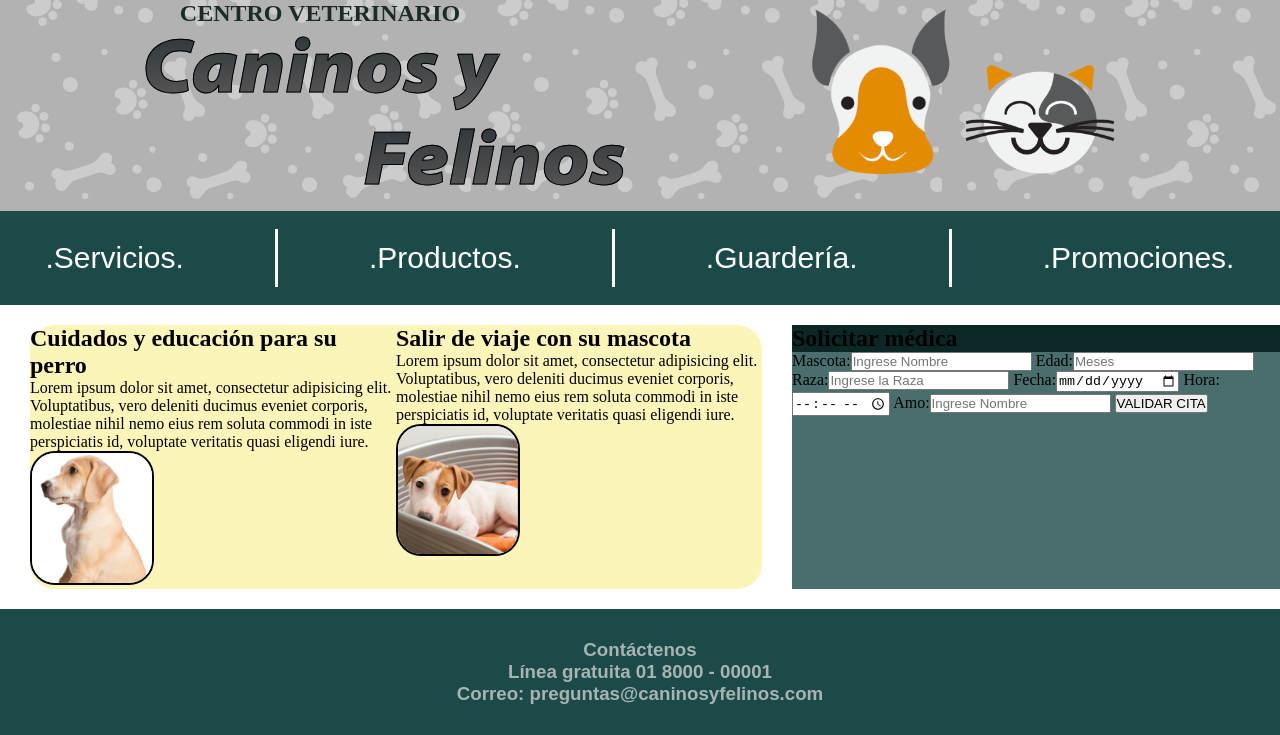
Repository: mariomr87/senaweb01
Page: principal.html
These files come from the project's save history. The page is drawn as it stood at one moment and after the next save; the edit follows.
The browser window is 1280 px wide. The pictures show the whole page.

Above is the page before, as saved 2021-10-23 10:12:29.

### principal.html
<!DOCTYPE html>
<html lang="en">
<head>
    <meta charset="UTF-8">
    <meta http-equiv="X-UA-Compatible" content="IE=edge">
    <meta name="viewport" content="width=device-width, initial-scale=1.0">
    <link rel="stylesheet" href="estilos.css">
    <title>Document</title>
</head>
<body>
    <div>
        <header>
            <div id="cabecera">
                <div class="header-text">
                    <h3>CENTRO VETERINARIO</h3>
                    <h1><span id="header-text-degrad">Caninos y <br><span id="text-felinos">Felinos</span></spa></h1>
                </div>
                <div class="header-img">
                    <img src="./imagenes/dog_white.png" alt="">
                    <img src="./imagenes/cat_white.png" alt="">
                </div>
            </div>
        </header>
        <nav>
            <td>
                <tr><a href="">.Servicios.</a><span class="linea"></span></tr>
                <tr><a href="">.Productos.</a><span class="linea"></span></tr>
                <tr><a href="">.Guardería.</a><span class="linea"></span></tr>
                <tr><a href="">.Promociones.</a></tr>
            </td>
        </nav>
        <div class="centro-pag">
            <section>
                <article>
                    <h2>Cuidados y educación para su perro</h2>
                    <div class="centropag-texto">
                        <p>Lorem ipsum dolor sit amet, consectetur adipisicing elit. Voluptatibus, vero deleniti ducimus eveniet corporis, molestiae nihil nemo eius rem soluta commodi in iste perspiciatis id, voluptate veritatis quasi eligendi iure.</p>
                        <div><img src="./imagenes/perro1.png" alt=""></div>
                    </div>
                </article>
                <article>
                    <h2>Salir de viaje con su mascota</h2>
                    <div class="centropag-texto">
                        <p>Lorem ipsum dolor sit amet, consectetur adipisicing elit. Voluptatibus, vero deleniti ducimus eveniet corporis, molestiae nihil nemo eius rem soluta commodi in iste perspiciatis id, voluptate veritatis quasi eligendi iure.</p>
                        <div><img src="./imagenes/perro2.png" alt=""></div>
                    </div>
                </article>
            </section>
            <aside>
                <form action="">
                    <div><h2>Solicitar médica</h2></div>
                    <div class="cuestionario">
                        <label for="mascota_name">Mascota:</label><input type="text" placeholder="Ingrese Nombre" id="">
                        <label for="age_pet">Edad:</label><input type="number" name="" id="" placeholder="Meses">
                        <label for="raza_pet">Raza:</label><input type="text" name="" id="" placeholder="Ingrese la Raza">
                        <label for="fecha_ingreso_pet">Fecha:</label><input type="date" name="" id="">
                        <label for="hora_ingreso_pet">Hora:</label><input type="time" name="" id="">
                        <label for="amo_pet">Amo:</label><input type="text" name="" id="" placeholder="Ingrese Nombre">
                        <button type="submit">VALIDAR CITA</button>
                    </div>
                </form>
            </aside>
        </div>
        <footer>
            <h3>Contáctenos</h3>
            <h3>Línea gratuita 01 8000 - 00001</h3>
            <h3>Correo: preguntas@caninosyfelinos.com</h3>
        </footer>
    </div>
</body>
</html>

### estilos.css
*{
    margin: 0px;
    padding: 0px;
}

@font-face {
    font-family: Myriad_Pro ;
    src: url(./extra/MyriadProBlackSemiExtendedItalic.otf);
}

h1{
    font-family: Myriad_pro;
}

header div img{
    width: 10em;
}

#cabecera{
    background-image: url("./imagenes/fondo.png");
    background-repeat: initial;
    width: 100%;
    display: flex;
    text-align: center;
}

.header-text,.header-img{
    width:50%;
}

.header-text h3{
    font-size: 1.5em;
    color:#1c2c24;
}

.header-text h1{
    font-size: 4.8em;
}

#header-text-degrad{
    background: linear-gradient(#30373b,#5c5c5c);
    -webkit-background-clip: text;
    -webkit-text-fill-color: transparent;
    -webkit-text-stroke: 1px black;
}

#text-felinos{
    margin-left: 350px;
}

nav{
    display: flex;
    flex-direction: row;
    justify-content: space-around;
    background: #1c4a48;
    margin-bottom: 20px;
}

nav a{
    color: #fff;
    text-decoration: none;
    font-size: 30px;
    font-family: Arial, Helvetica, sans-serif;
    padding: 30px 0;

}

.linea{
    border-right: 3px solid #fff;
    margin: 18px 0;
}

.centro-pag{
    display: flex;

}

.centro-pag section{
    border-radius: 25px;
    display: flex;
}

section{
    background: #fbf5ba;
    width: 60%;
    margin: 0 30px;
}

article div img {
    width: 120px;
    border: 2px solid black;
    border-radius: 25px;
}

form  div h2{
    background:#0b2826 ;
}

aside{
    background: #496e6d;
    width: 40%;
}

footer{
    text-align: center;
    background: #1c4a48;
    color: #a8b4b3;
    padding: 30px 0;
    font-family: Arial, Helvetica, sans-serif;
    margin-top: 20px;
}

After the next save:
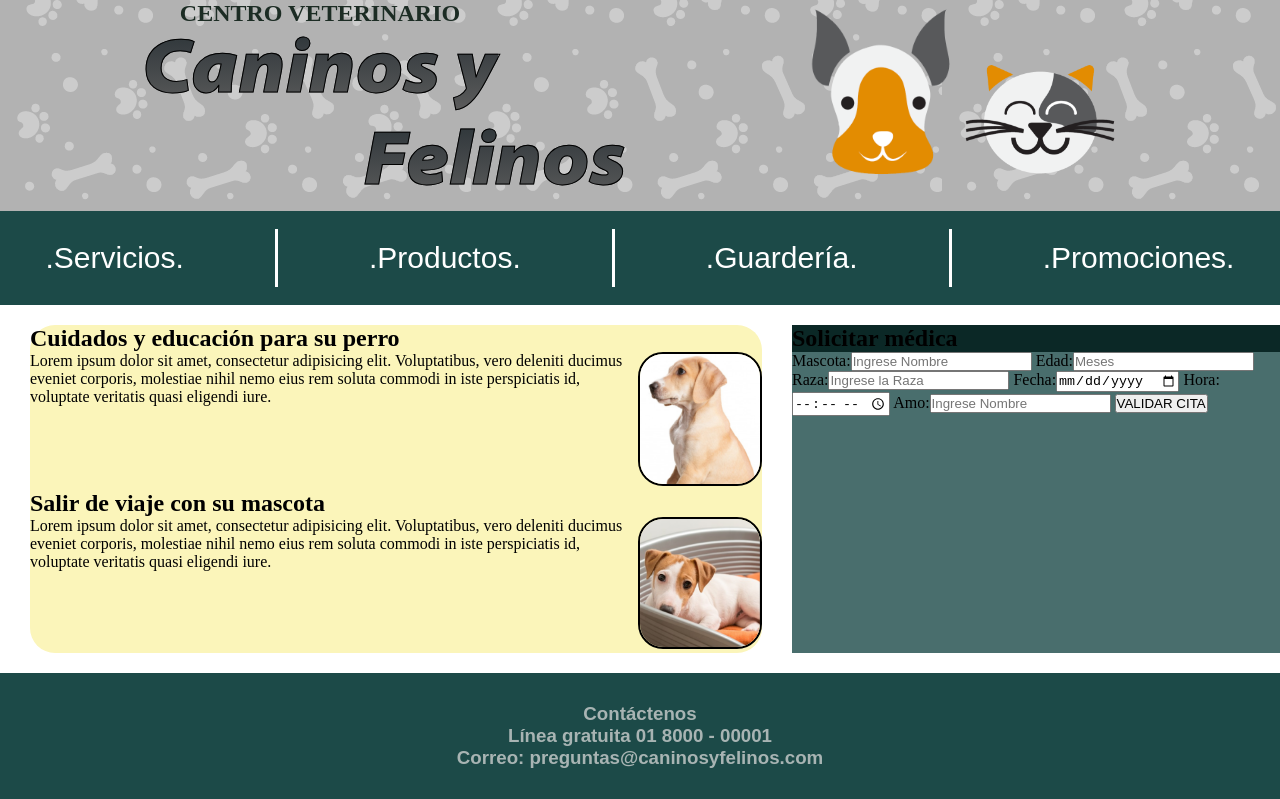
Saved 29 s later.
--- a/estilos.css
+++ b/estilos.css
@@ -77,6 +77,9 @@ nav a{
 
 .centro-pag section{
     border-radius: 25px;
+}
+
+.centropag-texto{
     display: flex;
 }
 
